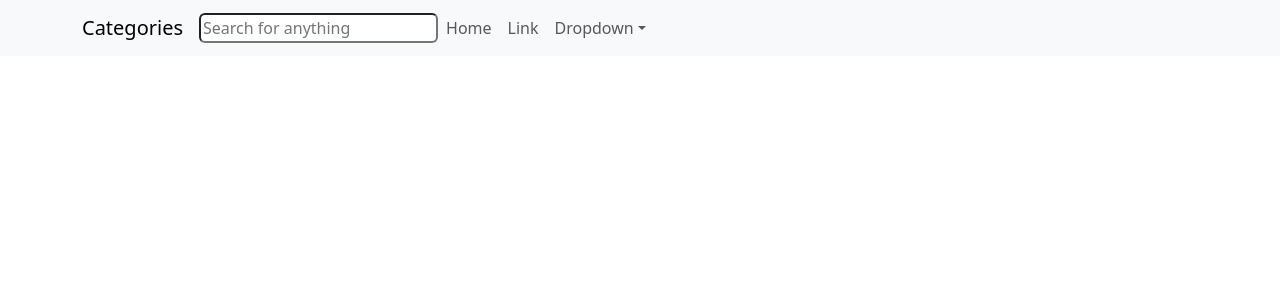
Repository: Taniafdes/newProject
Page: /home/navbar
An editor plug-in stored every save of this project. The page is shown before and after a run of saves, followed by the edit.
The browser window is 1280 px wide. The pictures show the whole page.
The project was rebuilt for these pictures with package versions that can differ from the ones it lists, and the page was loaded fresh each time. The framework's server and built-in components were replaced by stand-ins that run in the browser. Also part of the build but not shown: next.config.js.

Above is the page before, as saved 2023-06-15 13:40:28.

### pages/_app.js
import Head from "next/head";
import Script from "next/script";
import 'bootstrap/dist/css/bootstrap.css';
function MyApp({ Component, pageProps }) {
  return (
    <>
      <Head>
        <meta name="viewport" content="width=device-width, initial-scale=1" />
      </Head>

      <Script
        src="https://cdn.jsdelivr.net/npm/bootstrap@5.0.0-beta1/dist/js/bootstrap.bundle.min.js"
        integrity="sha384-ygbV9kiqUc6oa4msXn9868pTtWMgiQaeYH7/t7LECLbyPA2x65Kgf80OJFdroafW"
        crossOrigin="anonymous"
      />
      <Component {...pageProps} />
    </>
  );
}
export default MyApp;

### pages/home/navbar.js
import React from 'react'
import Container from 'react-bootstrap/Container';
import Nav from 'react-bootstrap/Nav';
import Navbar from 'react-bootstrap/Navbar';
import NavDropdown from 'react-bootstrap/NavDropdown';
// import Image from 'next/image';

const home = () => {
  return (
    <div>
    <Navbar bg="light" expand="lg">
      <Container>
       {/* <Image src="/public/images/udemy.jpg" /> */}
        <Navbar.Brand href="#home">Categories</Navbar.Brand>
        <i class="bi bi-search"></i>
        <input  type="input" id="exampleInputEmail1" placeholder="Search for anything"  className='w-15 rounded rounded-2'/>
        <Navbar.Toggle aria-controls="basic-navbar-nav" />
        <Navbar.Collapse id="basic-navbar-nav">
          <Nav className="me-auto">
            <Nav.Link href="#home">Home</Nav.Link>
            <Nav.Link href="#link">Link</Nav.Link>
            <NavDropdown title="Dropdown" id="basic-nav-dropdown">
              <NavDropdown.Item href="#action/3.1">Action</NavDropdown.Item>
              <NavDropdown.Item href="#action/3.2">
                Another action
              </NavDropdown.Item>
              <NavDropdown.Item href="#action/3.3">Something</NavDropdown.Item>
              <NavDropdown.Divider />
              <NavDropdown.Item href="#action/3.4">
                Separated link
              </NavDropdown.Item>
            </NavDropdown>
          </Nav>
        </Navbar.Collapse>
      </Container>
    </Navbar>
    </div>
  )

}
export default home

After the next 3 saves:
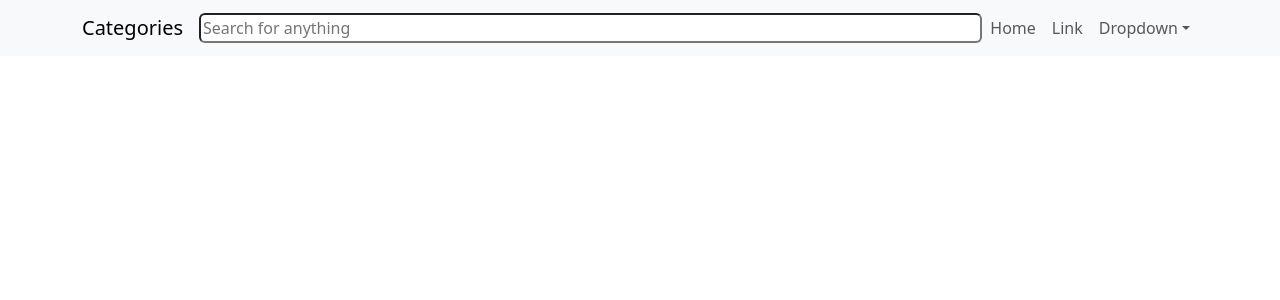
The 3 saves are shown as one change because they came seconds apart.
The last was saved 13 s later.
--- a/pages/home/navbar.js
+++ b/pages/home/navbar.js
@@ -13,7 +13,7 @@
        {/* <Image src="/public/images/udemy.jpg" /> */}
         <Navbar.Brand href="#home">Categories</Navbar.Brand>
         <i class="bi bi-search"></i>
-        <input  type="input" id="exampleInputEmail1" placeholder="Search for anything"  className='w-15 rounded rounded-2'/>
+        <input  type="input" id="exampleInputEmail1" placeholder="Search for anything"  className='w-100 rounded rounded-2'/>
         <Navbar.Toggle aria-controls="basic-navbar-nav" />
         <Navbar.Collapse id="basic-navbar-nav">
           <Nav className="me-auto">
